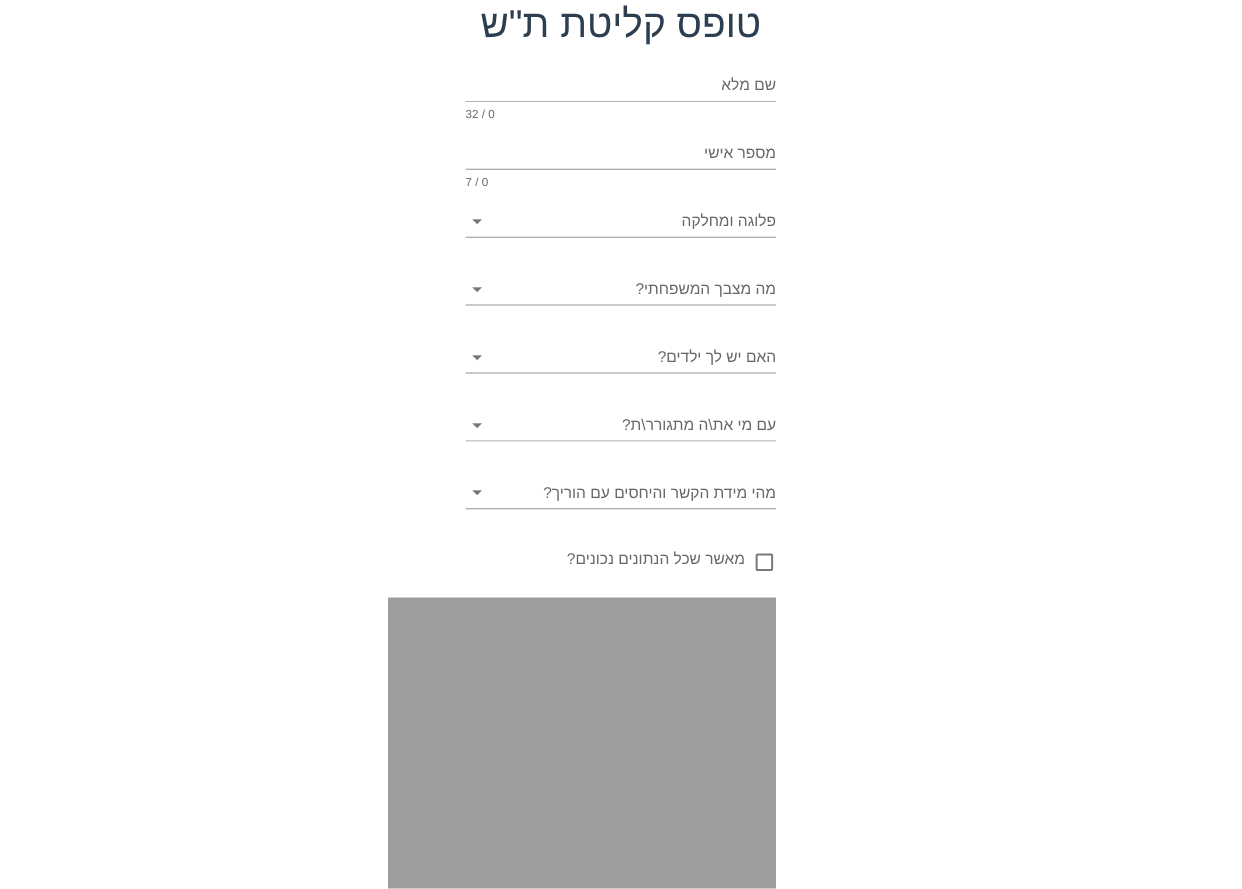
Repository: Natanhel/klitat-tash
Page: /
The author's editor kept a copy of each file at every save. The page is drawn from the files as they stood at one save, then again after the next save.
The browser window is 1280 px wide. The pictures show the whole page, at 97% of full size.
Pictures or frames that could not be fetched are drawn as grey boxes. The project was rebuilt for these pictures with package versions that can differ from the ones it lists, and the page was loaded fresh each time. Also part of the build but not shown: vue.config.js.

Above is the page before, as saved 2020-12-02 14:12:11.

After the next save:
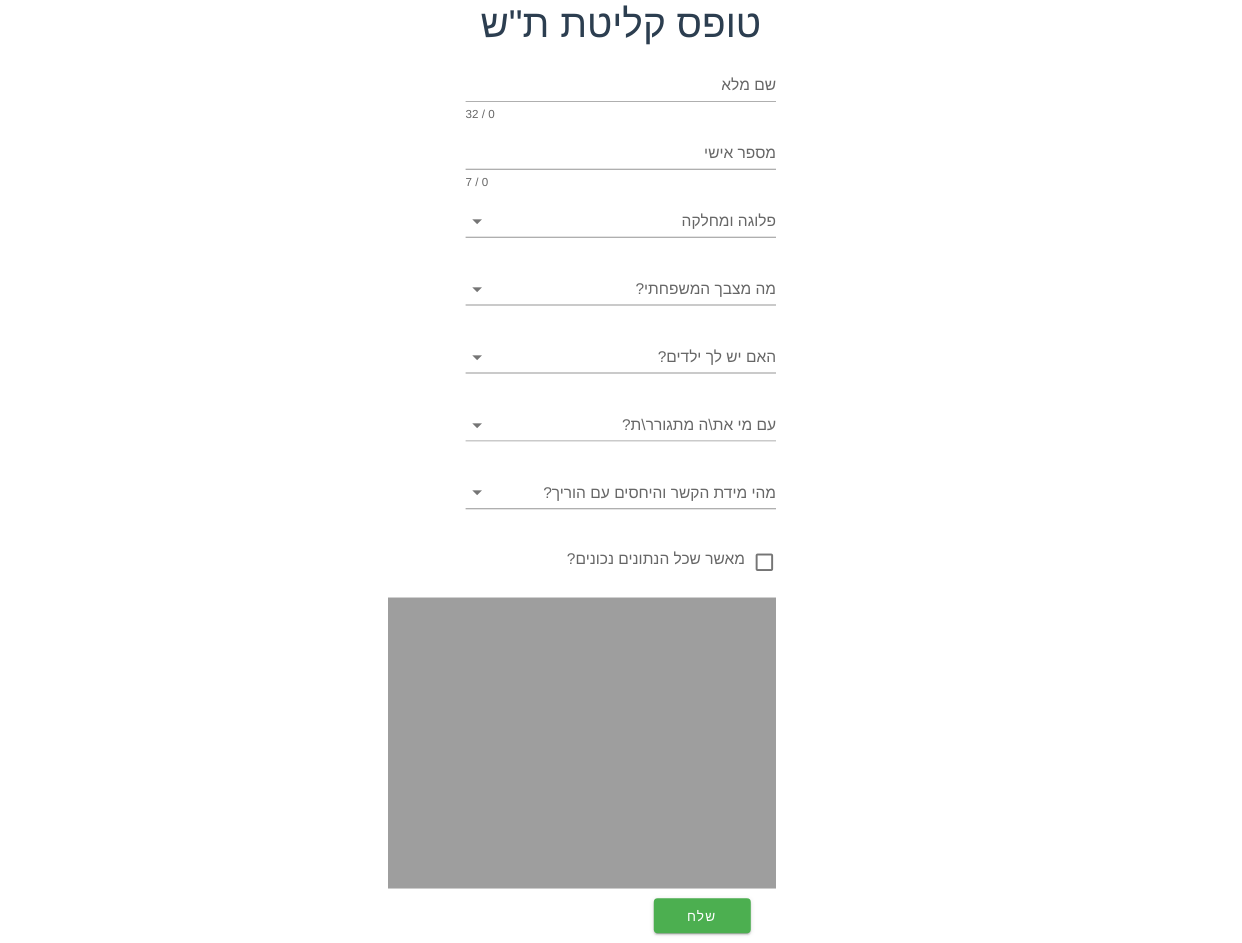
Saved 6 min 25 s later.
--- a/src/App.vue
+++ b/src/App.vue
@@ -90,6 +90,15 @@
       </div>
 
       </v-form>
+      <div class="btn-group">
+        <v-btn
+          color="success"
+          class="mr-4"
+          @click="validate"
+        >
+          שלח
+        </v-btn>
+      </div>
     </v-app>
   </div>
 </template>
